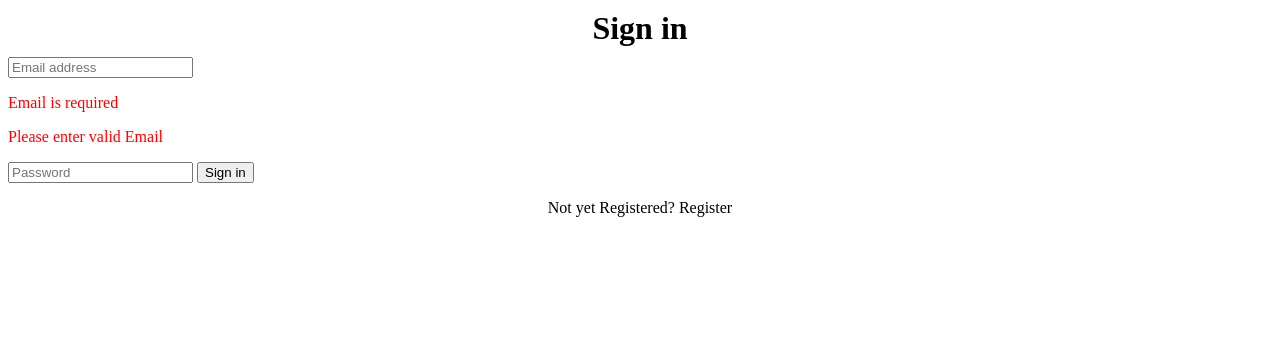
Repository: sagarpatil11/ToDo
Page: todo/src/main/webapp/templates/login.html
The author's editor kept a copy of each file at every save. The page is drawn from the files as they stood at one save, then again after the next save.
The browser window is 1280 px wide. The pictures show the whole page.

Above is the page before, as saved 2017-07-21 07:56:30.

After the next save:
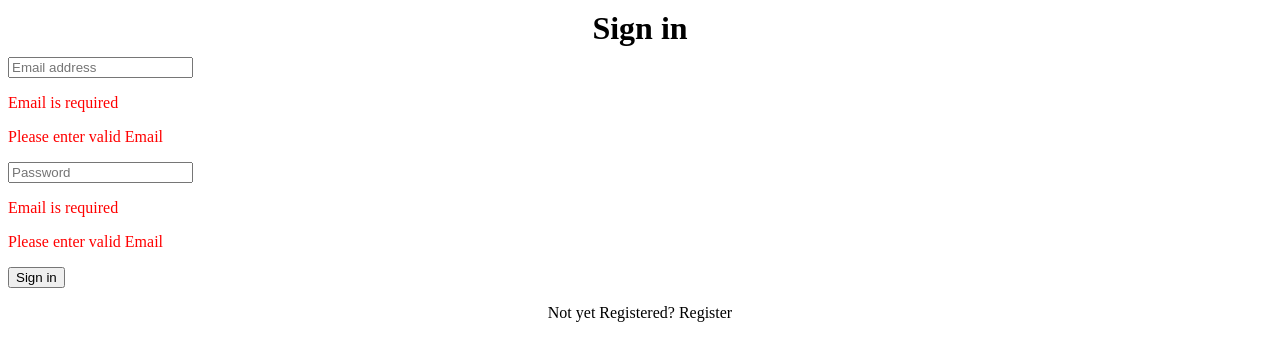
Saved 88 min 37 s later.
--- a/todo/src/main/webapp/templates/login.html
+++ b/todo/src/main/webapp/templates/login.html
@@ -10,9 +10,13 @@
                		<p><span data-ng-show="userform.email.$error.email && userform.email.$touched" style="color: red">Please enter valid Email</span></p>
                	</div>
 
-              	<input type="password" data-ng-model="password" id="inputPassword" class="form-control" placeholder="Password" required>
+              	<div class="form-group">
+              		<input type="password" data-ng-model="password" id="inputPassword" class="form-control" placeholder="Password" required>
+                	<p><span data-ng-show="userform.email.$error.required && userform.email.$touched" style="color: red">Email is required</span></p>
+               		<p><span data-ng-show="userform.email.$error.email && userform.email.$touched" style="color: red">Please enter valid Email</span></p>
+               	</div>
 
-                <button class="btn btn-lg btn-primary btn-block btn-signin" type="submit" data-ng-click="signin()">Sign in</button>
+                <button class="btn btn-lg btn-primary btn-block btn-signin" data-ng-disabled="userform.$invalid" type="submit" data-ng-click="signin()">Sign in</button>
             </form>
 
             <p style="text-align: center;">Not yet Registered?<a ui-sref="register"> Register</a></p>
